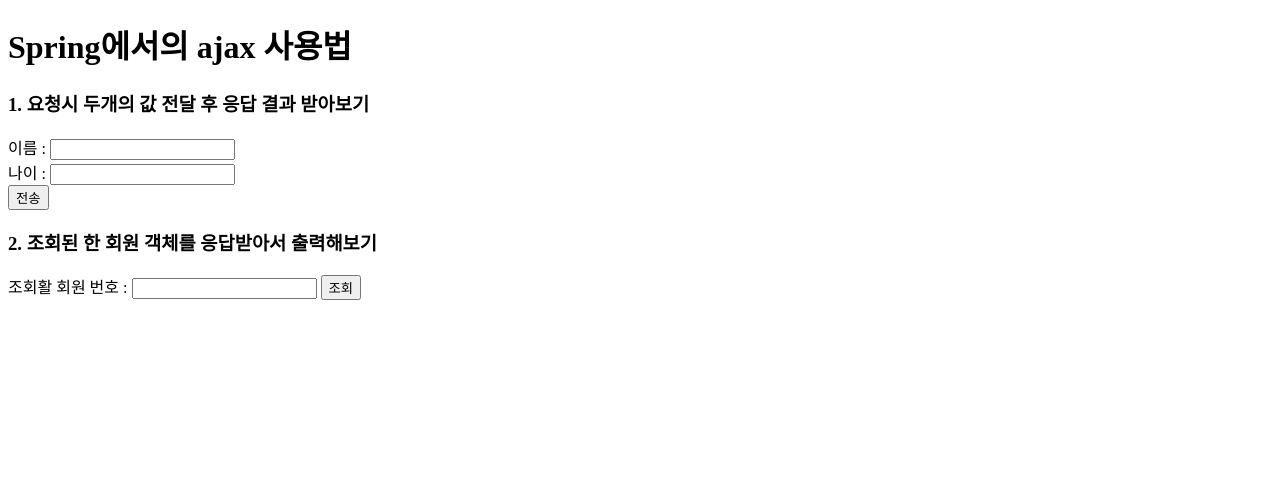
Repository: alsrnr45/SpringStudying
Page: http://localhost/ajaxProject/
The author's editor kept a copy of each file at every save. The page is drawn from the files as they stood at one save, then again after the next save.
The browser window is 1280 px wide. The pictures show the whole page.
The page is served by Tomcat 9. Other server files are loaded and not shown.

Above is the page before, as saved 2021-06-04 01:18:26.

### ajaxProject/src/main/webapp/index.jsp
<%@ page language="java" contentType="text/html; charset=UTF-8"
    pageEncoding="UTF-8"%>
<%@ taglib prefix="c" uri="http://java.sun.com/jsp/jstl/core" %>
<!DOCTYPE html>
<html>
<head>
<meta charset="UTF-8">
<title>Insert title here</title>
<!-- jQuery 라이브러리 -->
<script src="https://ajax.googleapis.com/ajax/libs/jquery/3.4.1/jquery.min.js"></script>
</head>
<body>
	<h1> Spring에서의 ajax 사용법</h1>

	<h3> 1. 요청시 두개의 값 전달 후 응답 결과 받아보기</h3>
	이름 : <input type="text" id="name"> <br>
	나이 : <input type="number" id="age"> <br>
	<button id="btn1">전송</button>

	<div id="result1"></div>

	<script>
		$(function(){
			/*
			#btn1이 동적으로 만들어진 요소일때는 $(id).click(function(){}) 또는 $(id).on("click", function(){}) 이런 이벤트 안먹힘
			즉, 직접 해당 id출력하여 이벤트 하면 이벤트 안됨

			$("#btn1").click(function(){
			})
			or
			$("#btn1").on("click", function(){})

			*/
			$(document).on("click", "#btn1", function(){ // 해당 요소가 동적으로 만들어진 요소라면 다음과 같은 방식으로 이벤트 연결해야됨
				//console.log("클릭됨");
				$.ajax({
					url:"ajax1.do",
					data:{
						name:$("#name").val(),
						age:$("#age").val()
					},
					type:"post",
					success:function(data){
						$("#result1").html(data);
					}, error:function(){
						console.log("ajax 통신 실패!");
					}
				});
			})
		})
	</script>

	<h3> 2. 조회된 한 회원 객체를 응답받아서 출력해보기 </h3>
	조회활 회원 번호 : <input type="number" id="userNo">
	<button onclick="ajaxTest2();">조회</button>

	<div id="result2"></div>

	<script>
		function ajaxTest2(){
			$.ajax({
				url:"ajax2.do",
				data:{userNo:$("#userNo").val()},
				success:function(obj){
					// console.log(obj);
					var value = "<ul>"
								+ "<li>이름 : " + obj.userName + "</li>"
								+ "<li>나이 : " + obj.age + "</li>"
								+ "<li>아이디 : " + obj.userId + "</li>"
								+ "</ul>";

					$("#result2").html(value);

				}, error:function(){
					console.log("ajax 통신 실패");
				}
			});
		}
	</script>
</body>
</html>

After the next save:
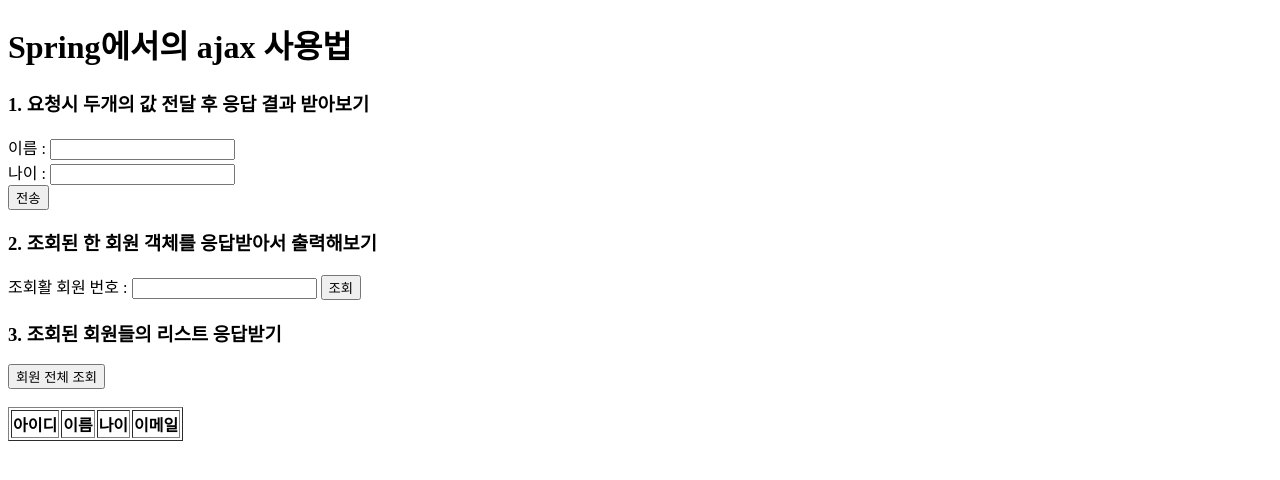
Saved 7 min 20 s later.
--- a/ajaxProject/src/main/webapp/index.jsp
+++ b/ajaxProject/src/main/webapp/index.jsp
@@ -77,5 +77,20 @@
 			});
 		}
 	</script>
+
+	<h3> 3. 조회된 회원들의 리스트 응답받기 </h3>
+	<button>회원 전체 조회</button>
+
+	<br><br>
+	<table border="1" id="tableList">
+		<thead>
+			<tr>
+				<th>아이디</th>
+				<th>이름</th>
+				<th>나이</th>
+				<th>이메일</th>
+			</tr>
+		</thead>
+	</table>
 </body>
 </html>
